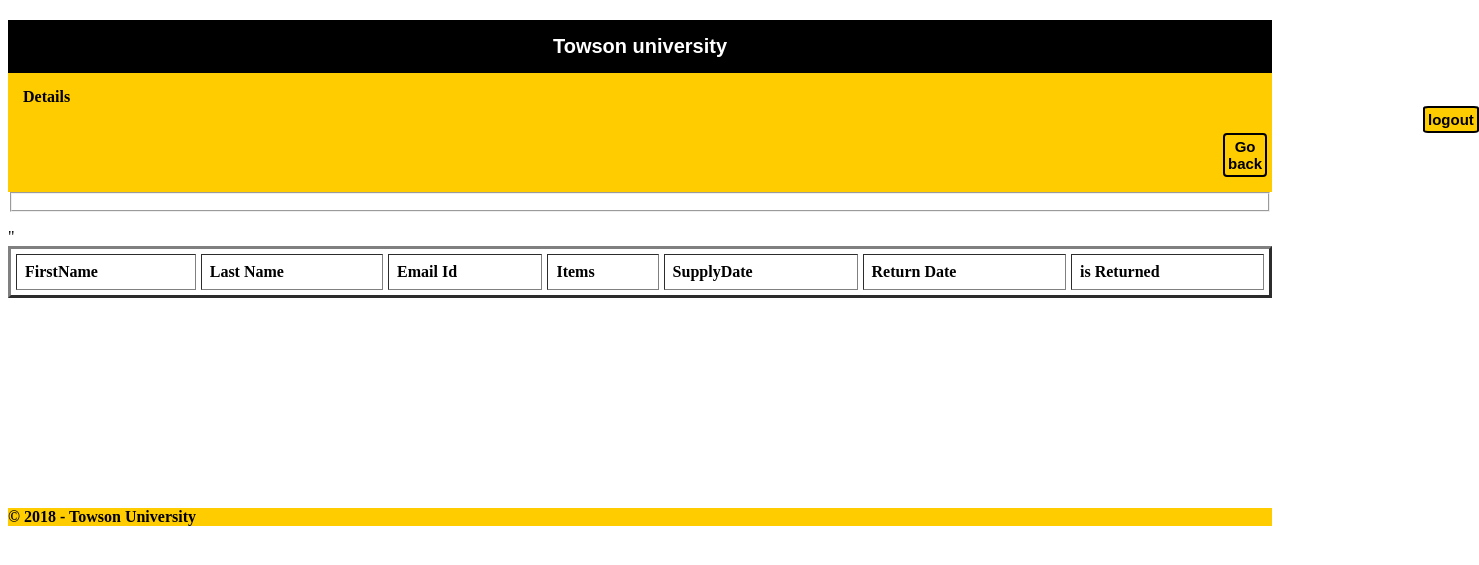
Repository: DatabaseCOSC578/eclipse-workspace11
Page: http://localhost/Supervisor/Supervisorshow.jsp
An editor plug-in stored every save of this project. The page is shown before and after the next save, followed by the edit.
The browser window is 1280 px wide. The page is 1479 px wide, then 1379 px, then 1479 px, so the pictures cover 1479 px, including what lies to the right of the window. The pictures show the whole page.
The page is served by Tomcat 9. Queries for data that is not in the repository find no rows.

Above is the page before, as saved 2018-04-16 12:51:26.

After the next save:
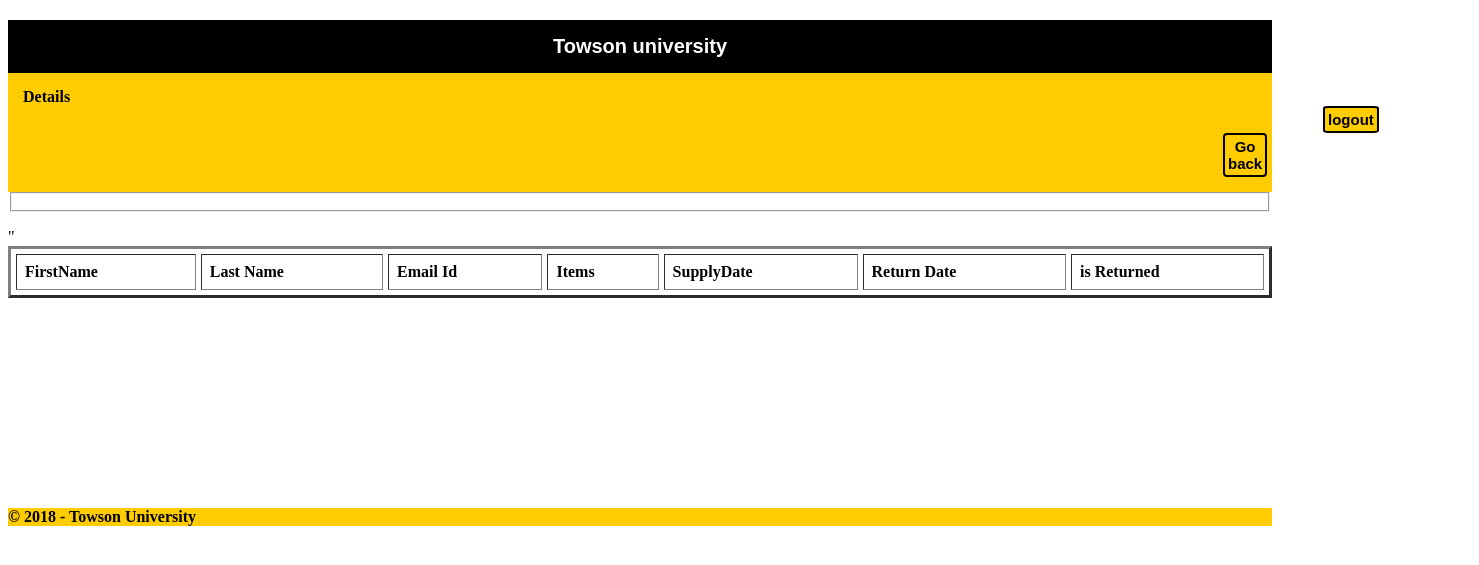
Saved 7 s later.
--- a/Supervisor/WebContent/css/layout1.css
+++ b/Supervisor/WebContent/css/layout1.css
@@ -71,7 +71,7 @@
 }
 #b2 {
 		align:center;
-	margin-left: 1400;
+	margin-left: 1300;
 	background-color: #fc0;
 	padding: 3;
 	text-align:center;

After the 3 saves that followed:
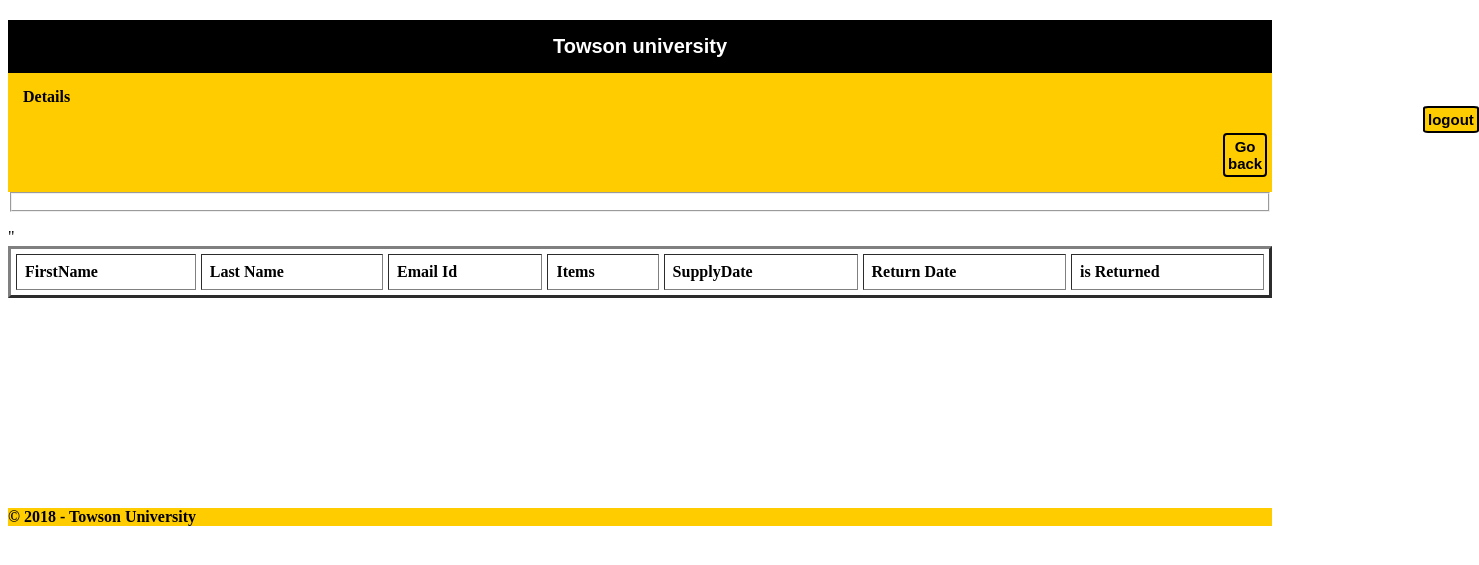
The 3 saves are shown as one change because 2 left the picture as it was.
The last was saved 4 min 10 s later.
--- a/Supervisor/WebContent/css/layout1.css
+++ b/Supervisor/WebContent/css/layout1.css
@@ -70,8 +70,8 @@
 	position:relative;
 }
 #b2 {
-		align:center;
-	margin-left: 1300;
+
+	margin-left: 1400;
 	background-color: #fc0;
 	padding: 3;
 	text-align:center;
@@ -80,7 +80,7 @@
 	font-size: 15;
 	font-weight:700;
 	border-radius: 9%;
-	position:relative;
+
 }
 
 
